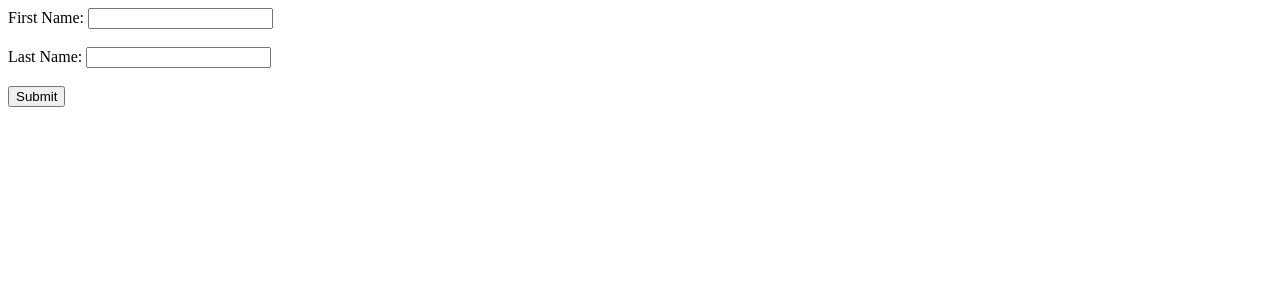
Repository: KMagee/JSP_Course
Page: jspdemo/WebContent/student-dropdown-form.html
An editor plug-in stored every save of this project. The page is shown before and after the next save, followed by the edit.
The browser window is 1280 px wide. The pictures show the whole page.

Above is the page before, as saved 2017-11-03 19:26:44.

### jspdemo/WebContent/student-dropdown-form.html
<!DOCTYPE html>
<html>
<head>
<meta charset="ISO-8859-1">
<title>Student Registration Form</title>
</head>
<body>


<form action="student-response.jsp">

First Name: <input type="text" name="firstName" />
<br/>
<br/>
Last Name: <input type="text" name="lastName"/>
<br/>
<br/>
<input type="submit" name="Submit"/>

</form>




</body>
</html>

After the next save:
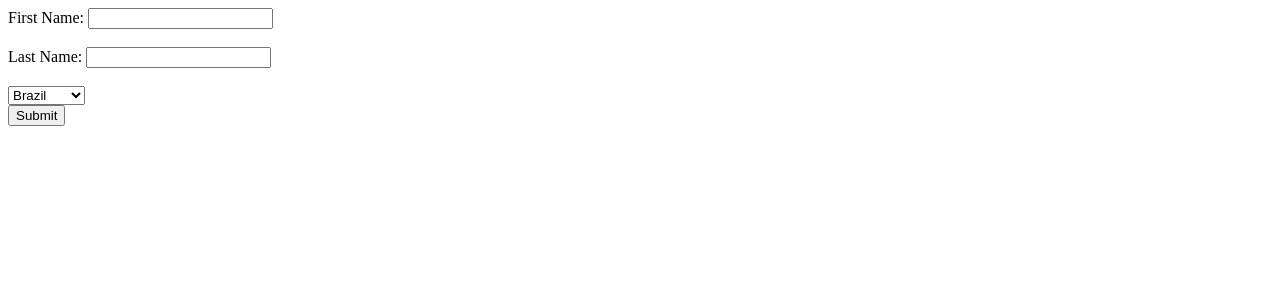
Saved 10 min 22 s later.
--- a/jspdemo/WebContent/student-dropdown-form.html
+++ b/jspdemo/WebContent/student-dropdown-form.html
@@ -7,7 +7,7 @@
 <body>
 
 
-<form action="student-response.jsp">
+<form action="student-dropdown-response.jsp">
 
 First Name: <input type="text" name="firstName" />
 <br/>
@@ -15,6 +15,21 @@ First Name: <input type="text" name="firstName" />
 Last Name: <input type="text" name="lastName"/>
 <br/>
 <br/>
+
+<select name="country">
+
+<option>Brazil</option>
+<option>France</option>
+<option>Germany</option>
+<option>India</option>
+<option>Ireland</option>
+<option>USA</option>
+<option>UK</option>
+
+</select>
+
+<br/>
+
 <input type="submit" name="Submit"/>
 
 </form>
